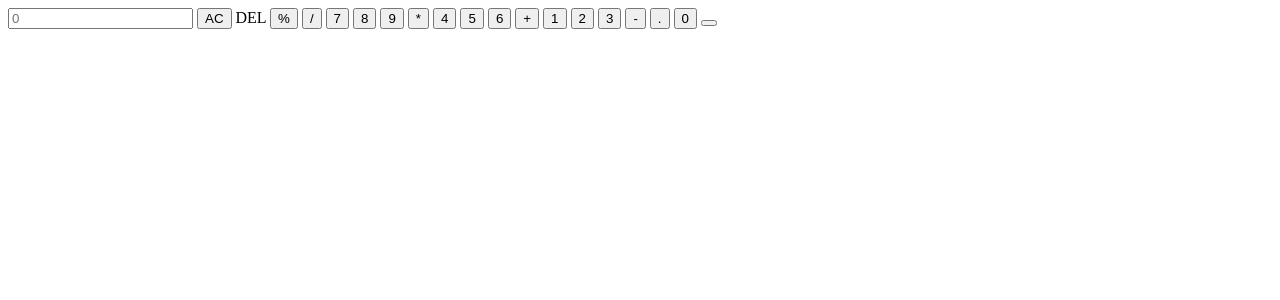
Repository: Eh-Vee/Calculator
Page: index.html
These files come from the project's save history. The page is drawn as it stood at one moment and after the next save; the edit follows.
The browser window is 1280 px wide. The pictures show the whole page.

Above is the page before, as saved 2025-06-04 08:14:15.

### index.html
<!DOCTYPE html>
<html lang="en">
<head>
    <meta charset="UTF-8">
    <meta http-equiv="U-UA-Compatible" content="IE-edge">
    <meta name="viewport" content="width=device-width, initial-scale=1.0">
    <title>Document</title>
    <link rel="styleshet" href="./styles.css">
</head>
<body>
    <div class="container">
        <div class="Calculator">
            <input type="text" placeholder="0" id="output"/>
            <button onclick="clr()">AC</button>
            <butoon onclick="dlt()">DEL</butoon>
            <button onclick="display('%')">%</button>
            <button onclick="display('/')">/</button>
            <button onclick="display('7')">7</button>
            <button onclick="display('8')">8</button>
            <button onclick="display('9')">9</button>
            <button onclick="display('*')">*</button>
            <button onclick="display('4')">4</button>
            <button onclick="display('5')">5</button>
            <button onclick="display('6')">6</button>
            <button onclick="display('+')">+</button>
            <button onclick="display('1')">1</button>
            <button onclick="display('2')">2</button>
            <button onclick="display('3')">3</button>
            <button onclick="display('-')">-</button>
            <button onclick="display('.')">.</button>
            <button onclick="display('0')">0</button>
            <button onclick="calculate()" class="value"></button>

        </div>

    </div>
</body>
</html>

After the next save:
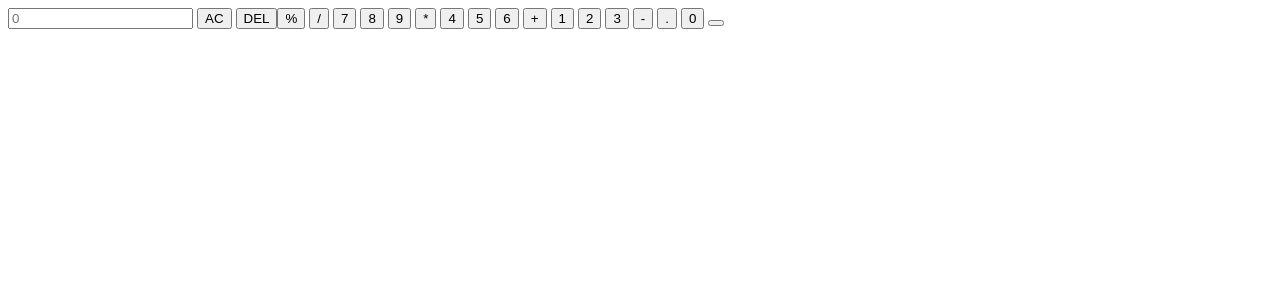
Saved 28 min 27 s later.
--- a/index.html
+++ b/index.html
@@ -12,7 +12,7 @@
         <div class="Calculator">
             <input type="text" placeholder="0" id="output"/>
             <button onclick="clr()">AC</button>
-            <butoon onclick="dlt()">DEL</butoon>
+            <button onclick="dlt()">DEL</butoon>
             <button onclick="display('%')">%</button>
             <button onclick="display('/')">/</button>
             <button onclick="display('7')">7</button>
